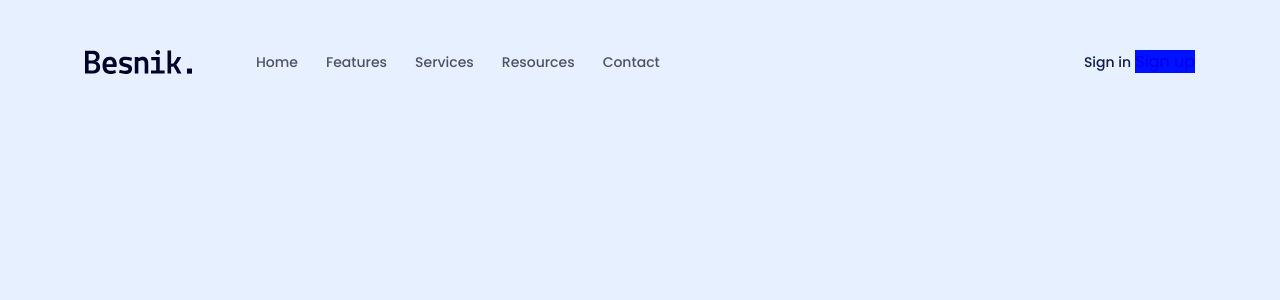
Repository: trungnguyen131/froject-01
Page: index.html
An editor plug-in stored every save of this project. The page is shown before and after a run of saves, followed by the edit.
The browser window is 1280 px wide. The pictures show the whole page.

Above is the page before, as saved 2024-02-24 11:25:10.

After the next 2 saves:
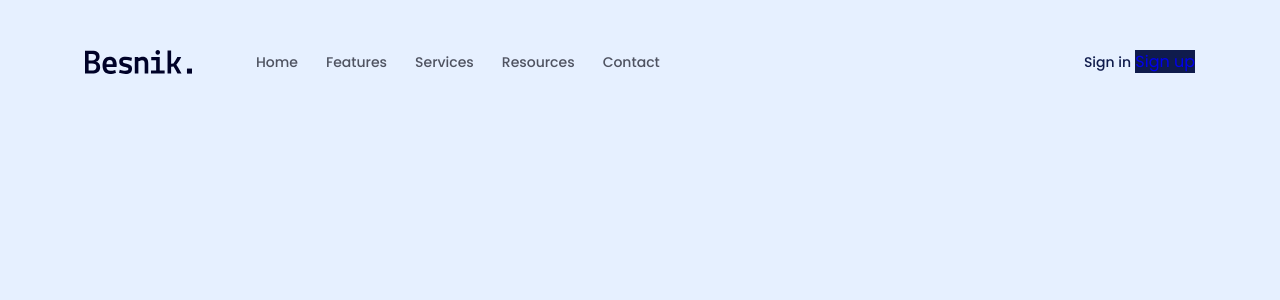
The 2 saves are shown as one change because they came seconds apart.
The last was saved 8 s later.
--- a/assets/css/style.css
+++ b/assets/css/style.css
@@ -22,7 +22,7 @@ a {
 }
 .btn {
     min-width: 98px;
-    background-color: #01f;
+    background-color: #0f1b4c;
 }
 /* Header */
 .header {
